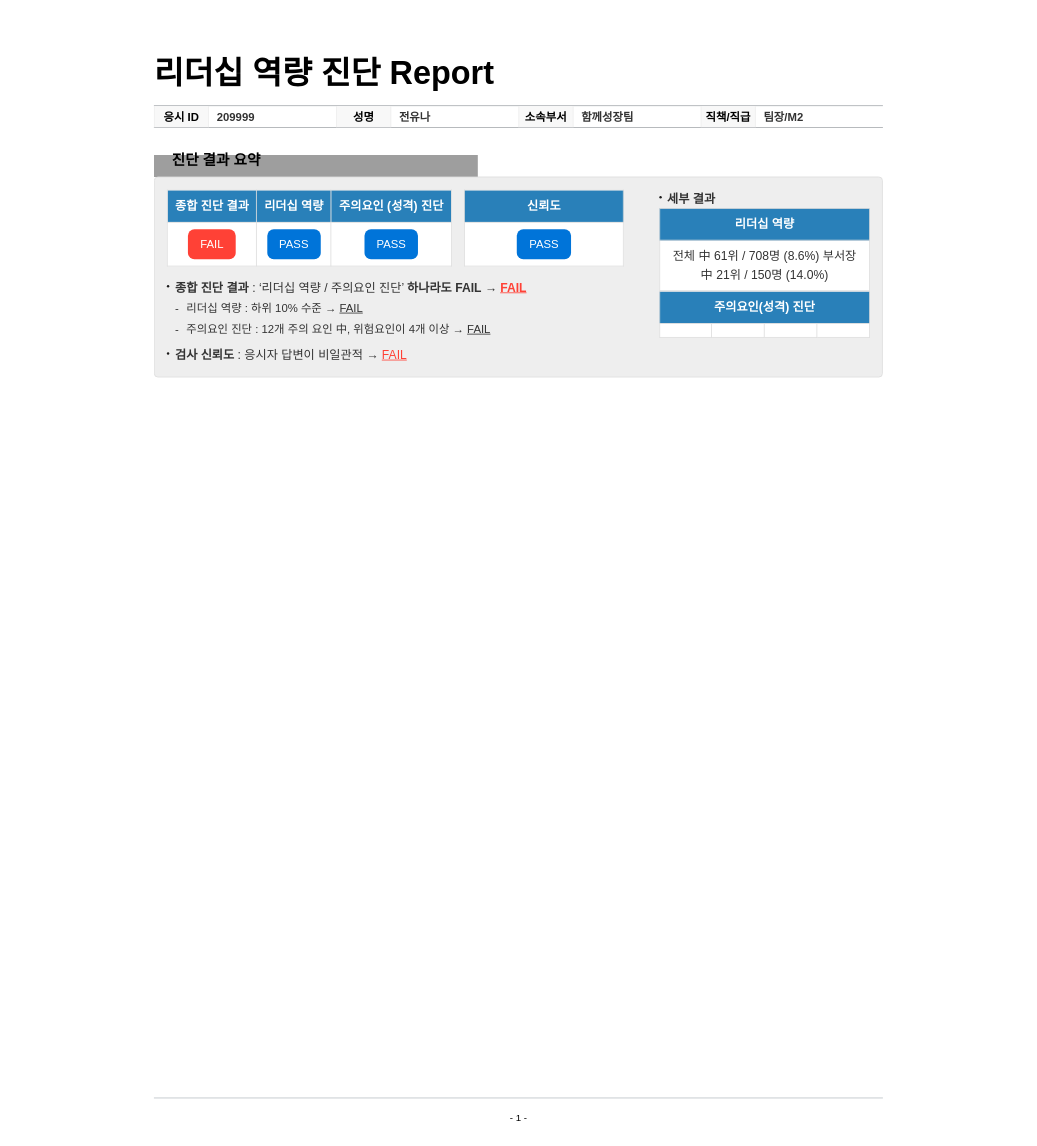
Repository: richosj/report
Page: index.html
An editor plug-in stored every save of this project. The page is shown before and after the next save, followed by the edit.
The browser window is 1280 px wide. The pictures show the whole page, at 81% of full size.
Pictures or frames that could not be fetched are drawn as grey boxes. Some web fonts or font styles are not loaded; a fallback is used. The style sheet was rebuilt from its Sass, Less or Tailwind sources for each picture, by a compiler version that may differ from the author's.

Above is the page before, as saved 2024-09-21 22:10:24.

### index.html
<!DOCTYPE html>
<!-- saved from url=(0068)https://hrms.wiselection.com/tools/project/write/personal_report.asp -->
<html xmlns="http://www.w3.org/1999/xhtml"><head><meta http-equiv="Content-Type" content="text/html; charset=UTF-8">

<meta http-equiv="Content-Script-Type" content="text/javascript">
<meta http-equiv="Content-Style-Type" content="text/css">
<title>개인레포트</title>
<link rel="stylesheet" href="https://cdn.jsdelivr.net/gh/orioncactus/pretendard/dist/web/static/pretendard.css" />
<link rel="stylesheet" href="./assets/default.css">
<link rel="stylesheet" href="./assets/common.css">
<link rel="stylesheet" href="./assets/style.css">
<script src="./assets/jquery.min.js"></script>
<script src="./assets/tools.common.js"></script>
<script src="./assets/waitMe.min.js"></script>
<script src="./assets/highcharts.js"></script>
<script src="./assets/highcharts-more.js"></script>
<script src="./assets/exporting.js"></script>
</head>
<body>
<div id="wrap">
    <!-- page 1 Start -->
    <div id="page_layout" data-page="1page">
        <div class="page_in">
            <header class="header" id="header">
                <div class="header_tit">
                    <h1 class="page_title">리더십 역량 진단 Report</h1>
                </div>
                <div class="header_infor">
					<dl><dt>응시 ID</dt><dd class="al_left">209999</dd></dl>
					<dl><dt>성명</dt><dd class="al_left">전유나</dd></dl>
					<dl><dt>소속부서</dt><dd class="al_left">함께성장팀</dd></dl>
					<dl><dt>직책/직급</dt><dd class="al_left">팀장/M2</dd></dl>
  				</div>
            </header>
            <!-- header -->
            <div id="container">
                <div class="section">
                    <h2 class="page_title2">진단 결과 요약</h2>

                    <div class="alert-bg alert-bg-gray page1-content1">
                        <div class="child1">
                            <div class="child1-1">
                                <table class="simple-table">
                                    <thead>
                                        <tr>
                                            <th>종합 진단 결과</th>
                                            <th>리더십 역량</th>
                                            <th>주의요인 (성격) 진단</th>
                                        </tr>
                                    </thead>
                                    <tbody>
                                        <tr>
                                            <td>
                                                <span class="badge badge-danger">FAIL</span>
                                            </td>
                                            <td>
                                                <span class="badge badge-primary">PASS</span>
                                            </td>
                                            <td>
                                                <span class="badge badge-primary">PASS</span>
                                            </td>
                                        </tr>
                                    </tbody>
                                </table>
                            </div>
                            <div class="child1-2">
                                <table class="simple-table">
                                    <thead>
                                        <tr>
                                            <th>신뢰도</th>
                                        </tr>
                                    </thead>
                                    <tbody>
                                        <tr>
                                            <td>
                                                <span class="badge badge-primary">PASS</span>
                                            </td>
                                        </tr>
                                    </tbody>
                                </table>
                            </div>

                            <div class="child1-3">
                                <ul class="list-round">
                                    <li><b>종합 진단 결과</b> : ‘리더십 역량 / 주의요인 진단’ <b>하나라도 FAIL → <span class="u color-danger">FAIL</span></b>
                                        <ul class="list-dash">
                                            <li>리더십 역량 : 하위 10% 수준 → <span class="u">FAIL</span></li>
                                            <li>주의요인 진단 : 12개 주의 요인 中, 위험요인이 4개 이상 → <span class="u">FAIL</span></li>
                                        </ul>
                                    </li>
                                    <li><b>검사 신뢰도</b> : 응시자 답변이 비일관적 → <span class="u color-danger">FAIL</span></li>
                                </ul>
                            </div>

                        </div>
                        <div class="child2">
                            <h3 class="page-title3">세부 결과</h3>
                            <table class="simple-table">
                                <thead>
                                    <tr>
                                        <th>리더십 역량</th>
                                    </tr>
                                </thead>
                                <tbody>
                                    <tr>
                                        <td>
                                            전체 中 61위 / 708명 (8.6%)
                                        부서장 中 21위 / 150명 (14.0%)
                                        </td>
                                    </tr>
                                </tbody>
                            </table>

                            <table class="simple-table mt-10">
                                <thead>
                                    <tr>
                                        <th colspan="4">주의요인(성격) 진단</th>
                                    </tr>
                                </thead>
                                <tbody>
                                    <tr>
                                        <td></td>
                                        <td></td>
                                        <td></td>
                                        <td></td>
                                    </tr>
                                </tbody>
                            </table>
                        </div>
                    </div>

                </div>

            </div>
            <!-- container -->
            <div id="footer">
                <p>- 1 -</p>
            </div>
            <!-- page -->
        </div>
    </div>
    <!-- e: page_layout -->
</div>
<!-- e: wrap -->
</body>
</html>

### assets/default.css
@charset "utf-8";


/* defalut */
html, body, address, blockquote, div, dl, form, h1, h2, h3, h4, h5, h6, ol, p, pre, table, ul,
dd, dt, li, tbody, td, tfoot, th, thead, tr, button, del, ins, map, object,
a, abbr, acronym, b, bdo, big, br, cite, code, dfn, em, i, img, kbd, q, samp, small, span,
strong, sub, sup, tt, var, legend, fieldset {margin:0;padding:0;font-family:"Pretendard", Malgun Gothic,'malgun',"돋움",Dotum,Arial,sans-serif;}

dl,ul,li {list-style:none;line-height: 100%;}
img {/*max-width:100%;*/height:auto;vertical-align:top;border:0 none;}
table {border-collapse:collapse;border-spacing:0;}
caption {width:0px;height:0px;line-height:0;overflow:hidden;font-size:0px;visibility:hidden;}
fieldset {border:0 none;}

a {color:#333;text-decoration:none;}
a:hover {text-decoration:none;}
button {border:0 none;background:none;cursor:pointer;}

html,body {line-height:150%;font-size:14px;font-family: "Pretendard", Malgun Gothic,'malgun',"돋움",Dotum,Arial,sans-serif;color:#333;letter-spacing:0em;}

table,input,textarea,select,legend {
	font-family:"Pretendard", Malgun Gothic,'malgun',"돋움",Dotum,Arial,sans-serif;
	font-size:12px;color:#333;
}
pre {
	font-family:"Pretendard", Malgun Gothic,'malgun',"돋움",Dotum,Arial,sans-serif;
	font-size:14px;color:#333;
}
code {font:inherit;}
* { box-sizing: border-box; }

### assets/style.scss
@import url("./custom.css");

$primary: #0074d9;
$danger: #ff4136;
$gap: 15px;



.u{
    text-decoration: underline;
}

.color-danger{
    color: $danger;
}


/*  배경 */
.alert-bg{
    border-radius: 5px;
    padding: 15px;
    border: 1px solid #ddd;
    &-gray{
        background-color: #eee;
    }
}

.badge{
    display: inline-flex;
    align-items: center;
    justify-content: center;
    height: 37px;
    padding: 0 15px;
    border-radius: 8px;
    color: #fff;
    font-size: 14px;
    font-weight: 500;
    &-danger{
        background-color: $danger;
    }
    &-primary{
        background-color: $primary;
    }
}


table.simple-table {
    width: 100%;
    border-collapse: collapse;
    background-color: #fff;
}

table.simple-table th, table.simple-table td {
    border: 1px solid #ddd;
    padding: 8px;
    text-align: center;
    font-size: 15px;
}

table.simple-table th {
    background-color: #2980B9;
    color: white;
    font-size: 15px;
}

table.simple-table tr:nth-child(even) {
    background-color: #f2f2f2;
}
table.modern-table {
    width: 100%;
    border-collapse: collapse;
    box-shadow: 0 2px 5px rgba(0,0,0,0.15);
}

table.modern-table th, table.modern-table td {
    padding: 12px;
    border-bottom: 1px solid #ddd;
}

table.modern-table th {
    background-color: #34495E;
    color: white;
    font-weight: bold;
}

table.modern-table tr:nth-child(even) {
    background-color: #f9f9f9;
}


table.minimal-table {
    width: 100%;
    border: none;
    border-spacing: 0;
}

table.minimal-table th, table.minimal-table td {
    padding: 10px;
    text-align: left;
}

table.minimal-table tr:nth-child(even) {
    background-color: #f2f2f2;
}

table.minimal-table th {
    border-bottom: 2px solid #2980B9;
    font-size: 1.1rem;
}

.page-title3{
    position: relative;
    padding-left: 10px;
    line-height: 1.5;
    font-size: 15px;
    &::after{
        content:"";
        display: block;
        position: absolute;
        width: 3px;height: 3px;
        background-color: #1a1919;
        border-radius: 50%;
        left: 0;
        top: 8px;
    }
}

.list-round{
    > li{
        position: relative;
        padding-left: 10px;
        line-height: 1.5;
        font-size: 15px;
        &::after{
            content:"";
            display: block;
            position: absolute;
            width: 3px;height: 3px;
            background-color: #1a1919;
            border-radius: 50%;
            left: 0;
            top: 8px;
        }
        &:not(:first-child){
            margin-top: 10px;
        }
        .list-dash{
            margin-top: 4px;
        }
    }
}
.list-dash{
    > li{
        line-height: 1.5;
        position: relative;
        font-size: 14px;
        padding-left: 14px;
        &::after{
            content:"-";
            display: block;
            position: absolute;
            left: 0;
            top: 0;
        }
        &:not(:first-child){
            margin-top: 5px;
        }
    }
}

/* .page1-content1 */
.page1-content1{
    display: flex;
    align-items: flex-start;
    justify-content: space-between;
    gap: 0 5%;
    .child1{
        display: flex;
        align-items: flex-start;
        gap: $gap;
        width: 65%;
        flex-wrap: wrap;
        .child1-1{
            width: calc(65% - $gap);
        }
        .child1-2{
            width: 35%;
        }
        .child1-3{
            width: 100%;
        }
    }
    .child2{
        width: 30%;
    }
}

### assets/custom.scss

.header_infor dl{
    dt{
        background-color: #f8f8f8;
        border-left: 1px solid #eee;
        border-right: 1px solid #eee;
    }
    dd{
        padding-left: 10px;
    }
}

Loaded but not shown: assets/jquery.min.js (library); assets/waitMe.min.js (library); assets/highcharts.js (library); assets/highcharts-more.js (library); assets/exporting.js (library); assets/tools.common.js (1277 lines, source omitted); assets/common.css (849 lines, source omitted)

After the next save:
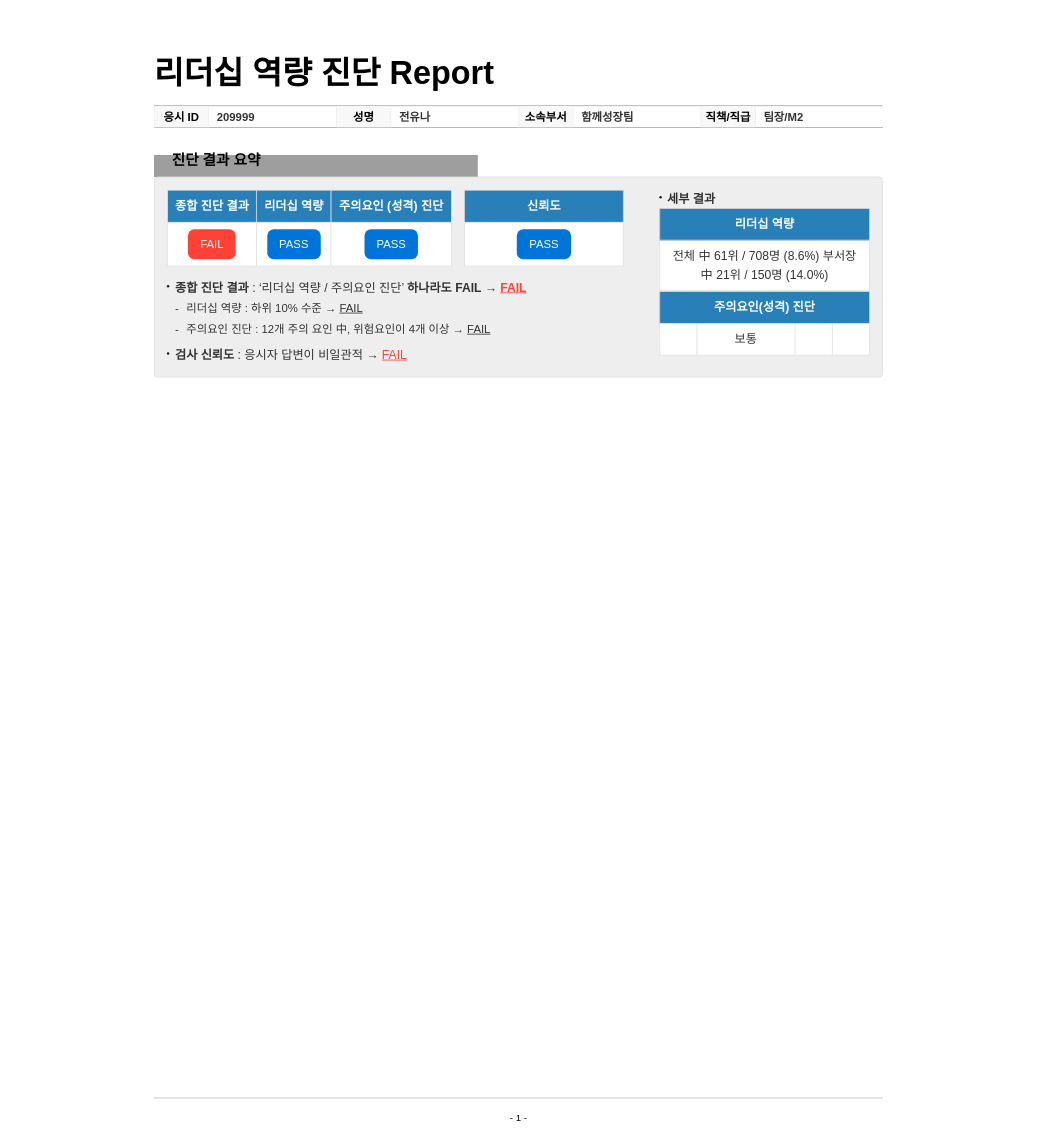
Saved 9 s later.
--- a/index.html
+++ b/index.html
@@ -120,7 +120,7 @@
                                 <tbody>
                                     <tr>
                                         <td></td>
-                                        <td></td>
+                                        <td class="active">보통</td>
                                         <td></td>
                                         <td></td>
                                     </tr>
